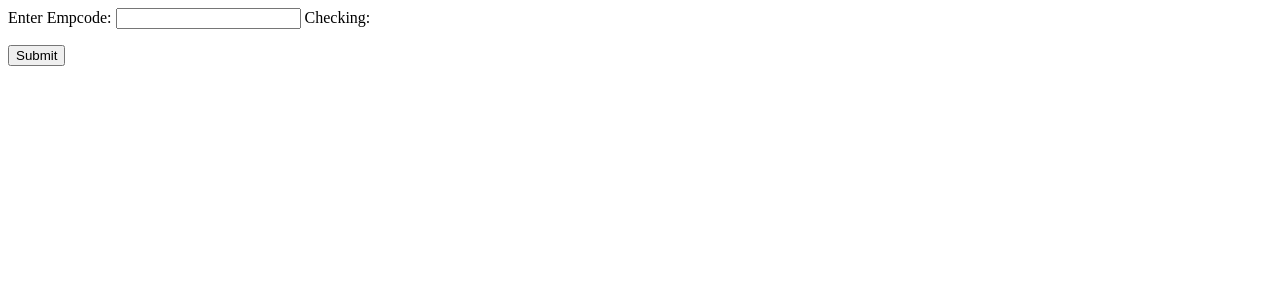
Repository: M-Anusha/Myprojects
Page: http://localhost/day15/AddEmployee.jsp
These files come from the project's save history. The page is drawn as it stood at one moment and after the next save; the edit follows.
The browser window is 1280 px wide. The pictures show the whole page.
The page is served by Tomcat 9.

Above is the page before, as saved 2015-08-17 08:39:23.

After the next save:
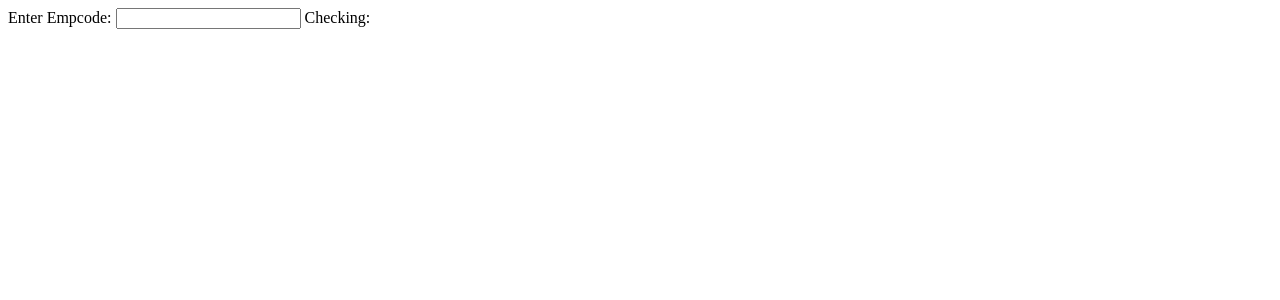
Saved 26 s later.
--- a/day15/WebContent/AddEmployee.jsp
+++ b/day15/WebContent/AddEmployee.jsp
@@ -34,11 +34,11 @@
 </script>
 <body>
 <form action="AddEmployee">
-Enter Empcode: <input type="text" name="Empcode" onclick="check(this.value)">
+Enter Empcode: <input type="text" name="Empcode" onblurr="check(this.value)">
 Checking: <span id="t"></span></p>
 <!-- Enter Empname: <input type="text" name="Empname">
 Enter salary: <input type="text" name="Salary"> -->
-<input type="submit" onblurr="check">
+
 </form>
 </body>
 </html>
